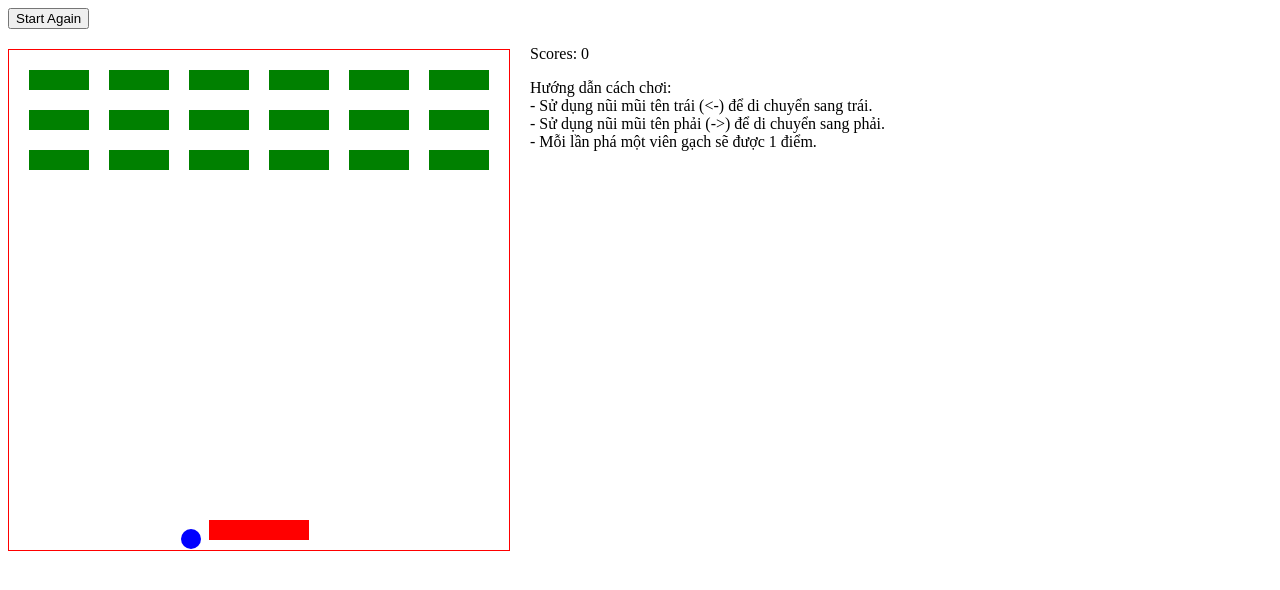
Repository: huynhsang96/CaseJS
Page: Demo_case/index.html
An editor plug-in stored every save of this project. The page is shown before and after the next save, followed by the edit.
The browser window is 1280 px wide. The pictures show the whole page.

Above is the page before, as saved 2022-02-20 21:52:32.

After the next save:
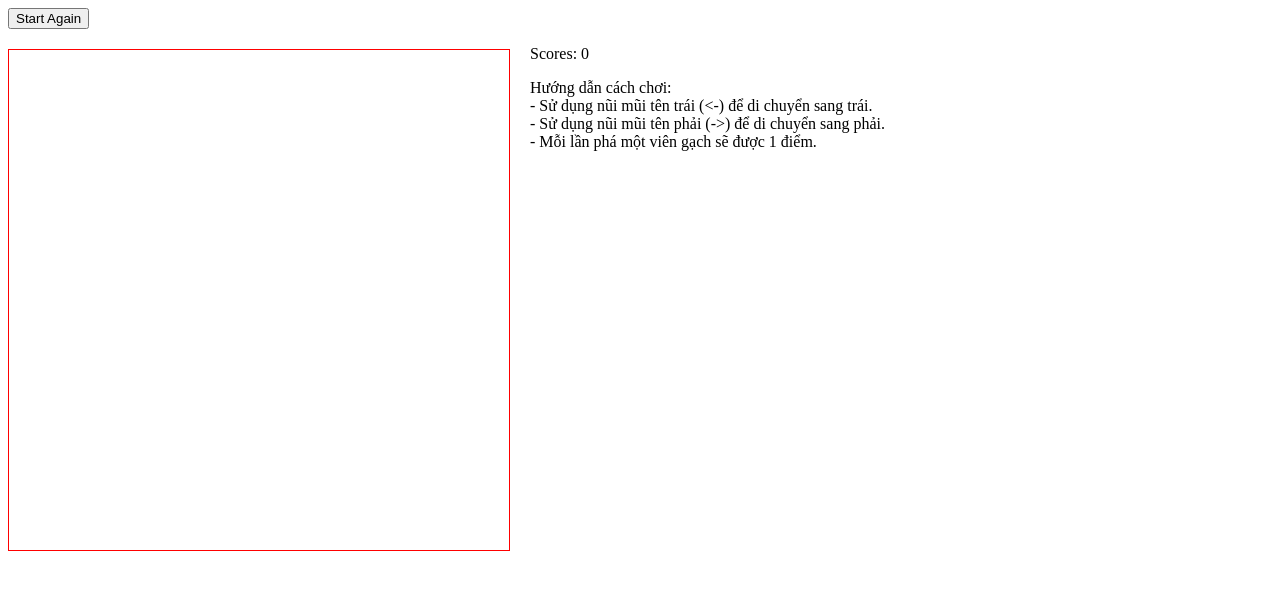
Console error: SyntaxError: Unexpected token '}'
Saved 31 s later.
--- a/Demo_case/main.js
+++ b/Demo_case/main.js
@@ -56,8 +56,8 @@
 // xử lý va chạm
 
 let score = 0;
+let scoreball = document.querySelector(".scores");
 function BricksCollision(){
-    let scoreball = document.querySelector(".scores");
     bricks.brickList.forEach(function(element){
         if(!element.isbroken){
             if(ball.x >= element.x &&
@@ -98,14 +98,14 @@
 
 play()
 
-let reStart = document.querySelector(".btn-start");
+// let reStart = document.querySelector(".btn-start");
 
-function startGameAgain(){
-    ball = new Ball(250,150,10,"blue");
-    creatBricksList();
-    play();
+// function startGameAgain(){
+//     ball = new Ball(250,150,10,"blue");
+//     creatBricksList();
+//     play();
+// }
+
+// reStart.onclick = function(e){
+//     startGameAgain();
 }
-
-reStart.onclick = function(e){
-    startGameAgain();
-}

After the save that followed:
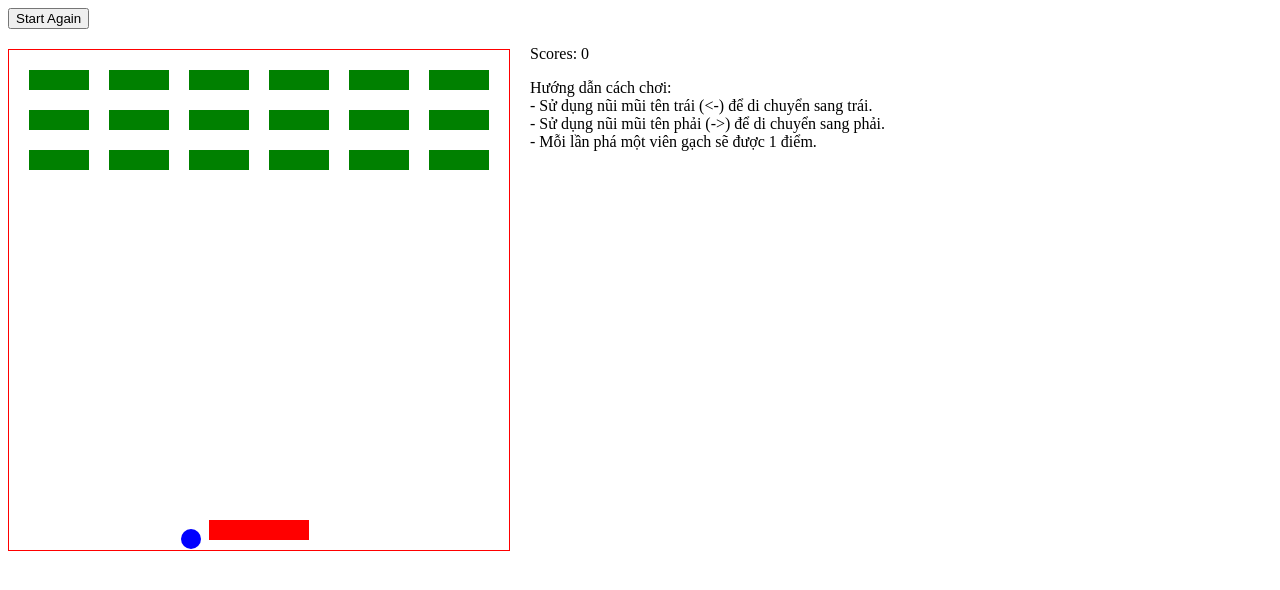
The error is gone.
Saved 22 s later.
--- a/Demo_case/main.js
+++ b/Demo_case/main.js
@@ -108,4 +108,4 @@
 
 // reStart.onclick = function(e){
 //     startGameAgain();
-}
+// }
